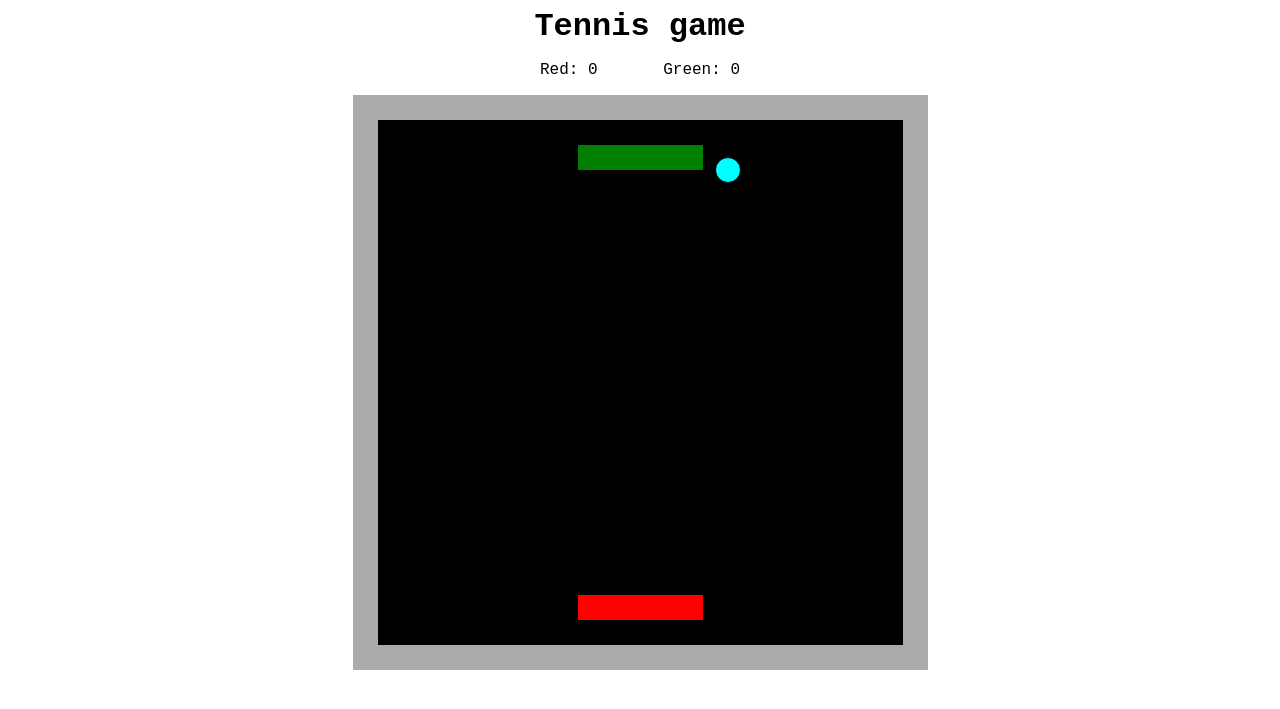
Repository: abdelrahman-ahmed-nassar/javascript-games
Page: my_ping-pong/index.html
An editor plug-in stored every save of this project. The page is shown before and after the next save, followed by the edit.
The browser window is 1280 px wide. The pictures show the whole page.

Above is the page before, as saved 2024-07-27 18:39:52.

After the next save:
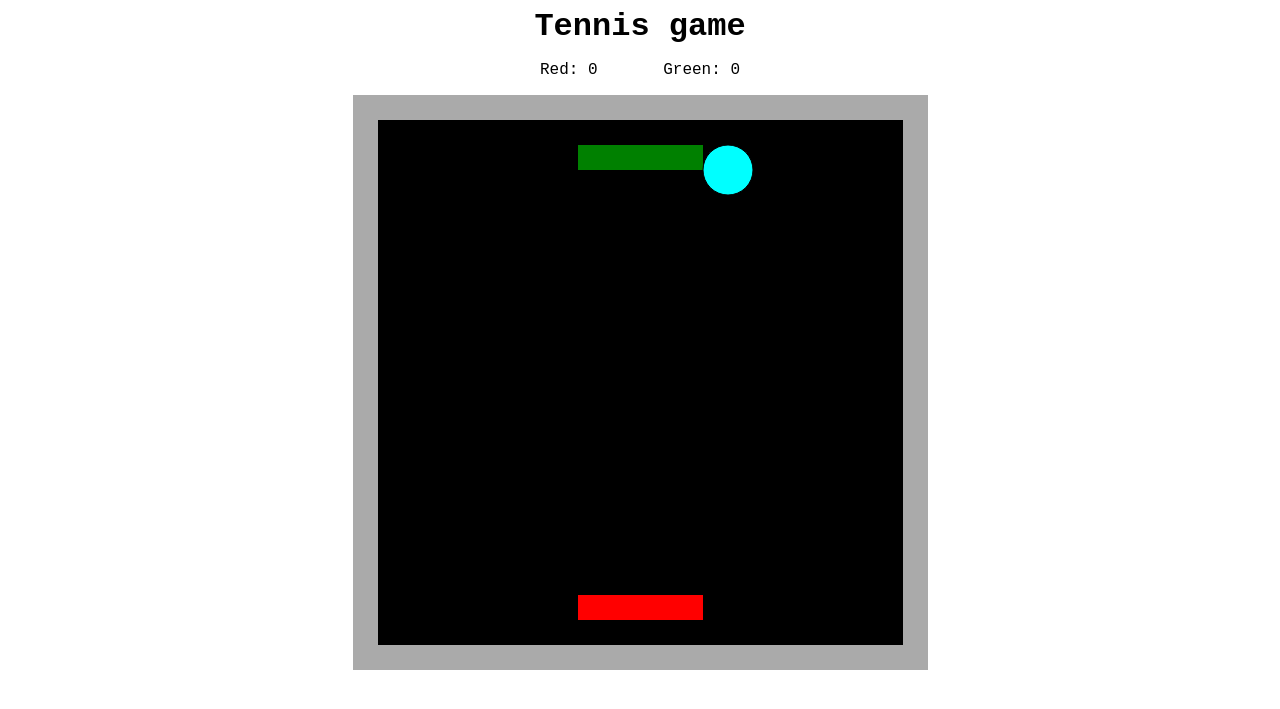
Saved 18 s later.
--- a/my_ping-pong/script.js
+++ b/my_ping-pong/script.js
@@ -157,7 +157,7 @@ function update() {
   ctx.fillStyle = "cyan";
   ctx.strokeStyle = "black";
   ctx.beginPath();
-  ctx.arc(ball[0] * blockSize, ball[1] * blockSize, 12.5, 0, 2 * Math.PI);
+  ctx.arc(ball[0] * blockSize, ball[1] * blockSize, blockSize, 0, 2 * Math.PI);
   ctx.fill();
   ctx.stroke();
 
